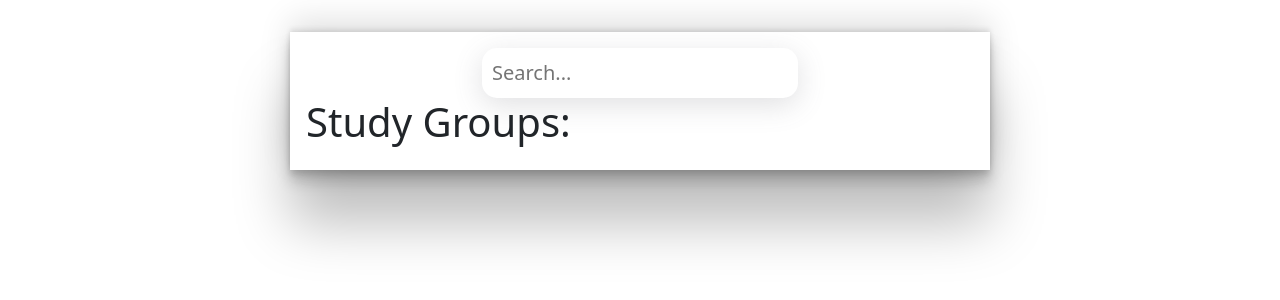
Repository: Omk1/RUStudy
Page: /
The author's editor kept a copy of each file at every save. The page is drawn from the files as they stood at one save, then again after the next save.
The browser window is 1280 px wide. The pictures show the whole page.
The page's requests for data from a server got no answer. The project was rebuilt for these pictures with package versions that can differ from the ones it lists, and the page was loaded fresh each time. No one was signed in, and anything a server would have sent is missing. Also part of the build but not shown: src/Table.js, src/custom.scss.

Above is the page before, as saved 2023-10-08 09:13:50.

After the next save:
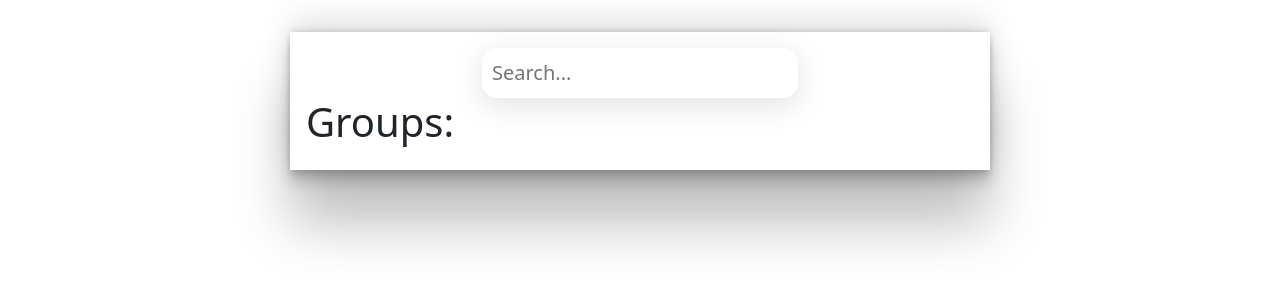
Saved 9 s later.
--- a/src/App.js
+++ b/src/App.js
@@ -53,7 +53,7 @@ function App() {
           placeholder="Search..."
           className="search"
           onChange={e=> setQuery(e.target.value.toLowerCase())}/>
-          <h1>Study Groups:</h1>
+          <h1>Groups:</h1>
           {
             search(groups).map((data) => (
                 <Table title={data.title}
